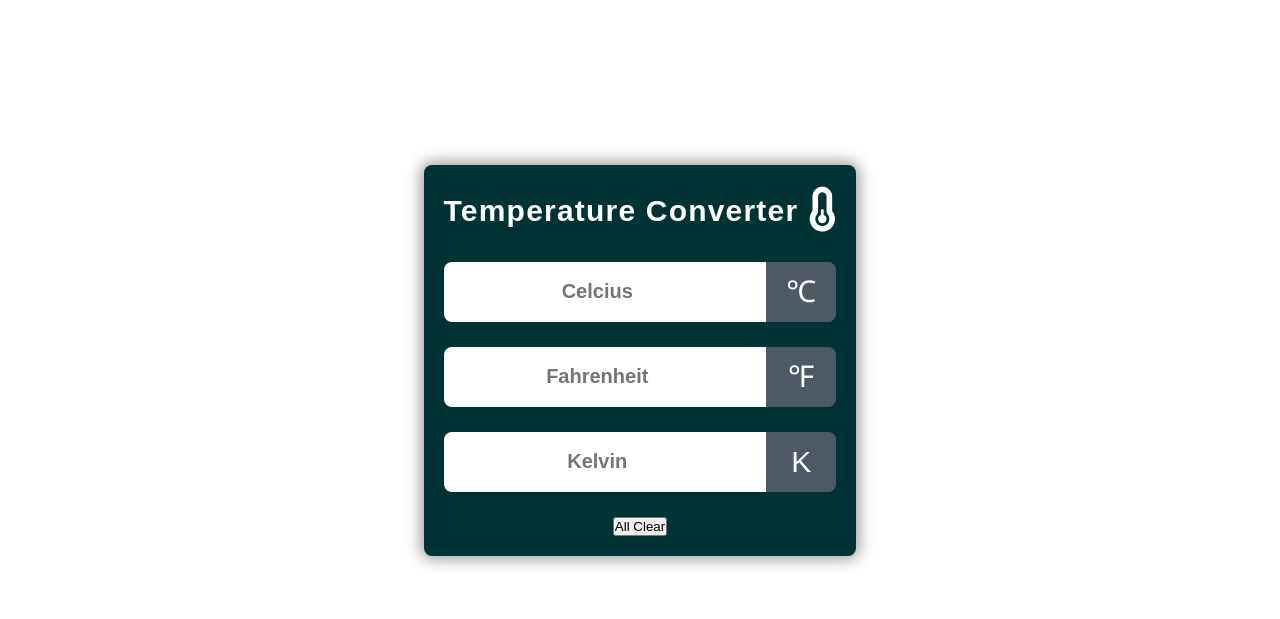
Repository: kiranjeetkaur01/tempconverter.github.io
Page: index.html
An editor plug-in stored every save of this project. The page is shown before and after the next save, followed by the edit.
The browser window is 1280 px wide. The pictures show the whole page.

Above is the page before, as saved 2023-09-27 13:02:59.

After the next save:
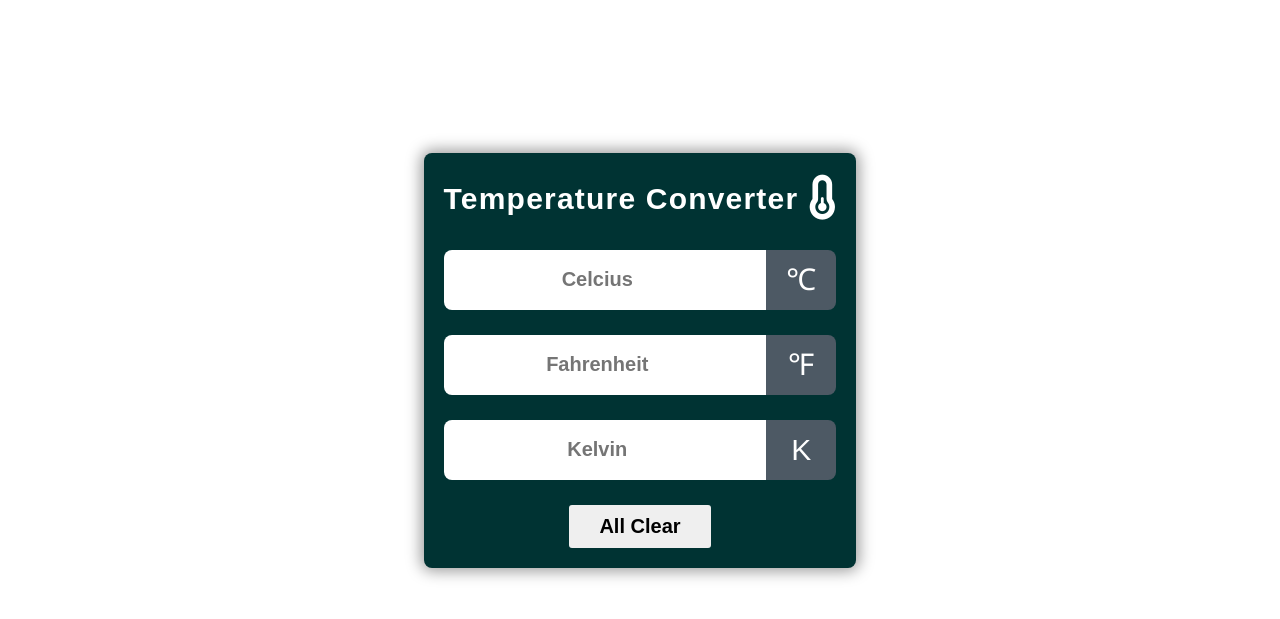
Saved 109 s later.
--- a/style.css
+++ b/style.css
@@ -70,3 +70,14 @@ input {
   margin-top: 25px;
   text-align: center;
 }
+
+.button button {
+  border: none;
+  outline: none;
+  padding: 10px 30px;
+  font-size: 20px;
+  font-weight: 600;
+  border-radius: 3px;
+  cursor: pointer;
+  transition: 0.3s;
+}
